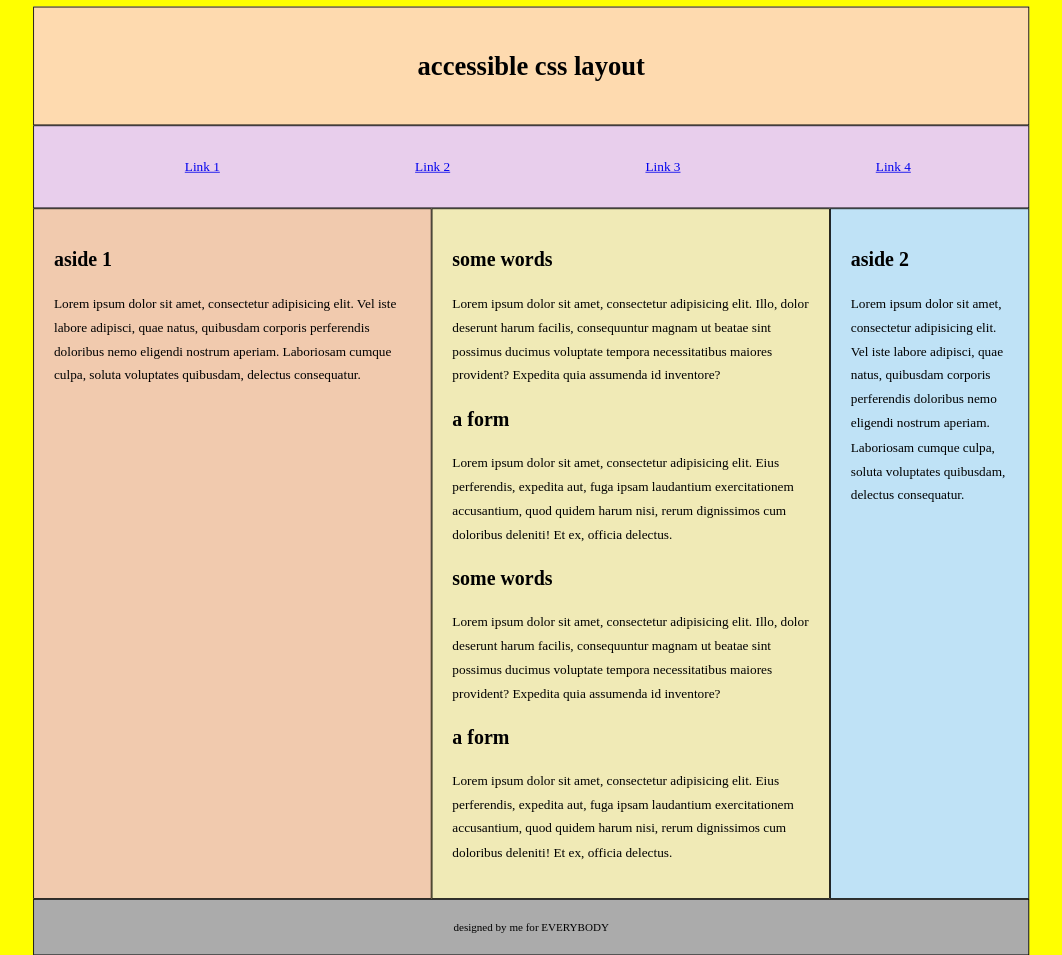
Repository: ethan-schrauf/UniversalDesignWebsite
Page: lab4.html
An editor plug-in stored every save of this project. The page is shown before and after the next save, followed by the edit.
The browser window is 1280 px wide. The pictures show the whole page, at 83% of full size.

Above is the page before, as saved 2023-10-24 21:19:56.

### lab4.html

<!DOCTYPE html>

<html lang="en">
<head>
  <meta charset="UTF-8">
  <meta name="viewport" content="width=device-width, initial-scale=1.0">
  <meta http-equiv="X-UA-Compatible" content="ie=edge">
  <title>Accessible grid</title>
  <link href="lab4.css" rel="stylesheet">
</head>
<body>
<div class="container">
  <header>
    <h1>accessible css layout</h1>
  </header>
  <nav>
    <ul>
      <li><a href="#">Link 1</a></li>
      <li><a href="#">Link 2</a></li>
      <li><a href="#">Link 3</a></li>
      <li><a href="#">Link 4</a></li>
    </ul>
  </nav>
  <main>
    <section>
      <h2>some words</h2>
      <p>Lorem ipsum dolor sit amet, consectetur adipisicing elit. Illo, dolor deserunt harum facilis, consequuntur magnam ut beatae sint possimus ducimus voluptate tempora necessitatibus maiores provident? Expedita quia assumenda id inventore?</p>
      <h2>a form</h2>
      <p>Lorem ipsum dolor sit amet, consectetur adipisicing elit. Eius perferendis, expedita aut, fuga ipsam laudantium exercitationem accusantium, quod quidem harum nisi, rerum dignissimos cum doloribus deleniti! Et ex, officia delectus.</p>
      <h2>some words</h2>
      <p>Lorem ipsum dolor sit amet, consectetur adipisicing elit. Illo, dolor deserunt harum facilis, consequuntur magnam ut beatae sint possimus ducimus voluptate tempora necessitatibus maiores provident? Expedita quia assumenda id inventore?</p>
      <h2>a form</h2>
      <p>Lorem ipsum dolor sit amet, consectetur adipisicing elit. Eius perferendis, expedita aut, fuga ipsam laudantium exercitationem accusantium, quod quidem harum nisi, rerum dignissimos cum doloribus deleniti! Et ex, officia delectus.</p>
    </section>
  </main>
  <aside id="aside1">
    <h2>aside 1</h2>
    <p>Lorem ipsum dolor sit amet, consectetur adipisicing elit. Vel iste labore adipisci, quae natus, quibusdam corporis perferendis doloribus nemo eligendi nostrum aperiam. Laboriosam cumque culpa, soluta voluptates quibusdam, delectus consequatur.</p>
  </aside>
  <aside id="aside2">
    <h2>aside 2</h2>
    <p>Lorem ipsum dolor sit amet, consectetur adipisicing elit. Vel iste labore adipisci, quae natus, quibusdam corporis perferendis doloribus nemo eligendi nostrum aperiam. Laboriosam cumque culpa, soluta voluptates quibusdam, delectus consequatur.</p>
  </aside>
  <footer>
    <small> designed by me for EVERYBODY</small>
  </footer>

</div> <!-- end container -->
</body>
</html>

### lab4.css
body {
    background: yellow;
}

/* css reset */
::before,
::after {
    box-sizing: border-box;
    padding: 0;
    margin: 0;
}

h1,
h2,
h3 {
    padding: .2em 0;
}

p {
    margin: 1.0em 0;
    line-height: 1.8em;
}

header,
nav,
main,
aside,
footer {
    padding: 1.5em;
    border: 1px black solid;
}

header,
footer {
    text-align: center;
}

.container {
    max-width: 1200px;
    margin: 0 auto;
    background: rgb(175, 222, 176);
    display: grid;
    width: 100vw;
    height: 100vh;
    grid-template-columns:
     2fr       2fr       1fr;
    grid-template-areas:
    "heady     heady     heady"
    "navvy     navvy     navvy"
    "aside1    mainy     aside2"
    "aside1    mainy     aside2"
    "aside1    mainy     aside2"
    "footy     footy     footy";
  }

  header {grid-area: heady; background:rgb(254, 218, 175);}
nav {grid-area: navvy; background:rgb(232, 206, 236);}
main {grid-area: mainy; background: rgb(240, 234, 182); max-height: 100%;}
#aside1 {grid-area: aside1; background: rgb(241, 202, 174);}
#aside2 {grid-area: aside2; background: rgb(191, 226, 246);}
footer {grid-area: footy; background: rgb(171, 171, 171);}

nav ul {
    display: flex;
    flex-flow: row nowrap;
    justify-content: space-around;
    }

    nav ul li {
      list-style: none
    }

    @media screen
      and (min-width: 641px)
      and (max-width: 900px)  {
    .container {
    grid-template-columns:
       1fr 1fr;
    grid-template-areas:
      "heady heady"
      "navvy navvy"
      "mainy mainy"
      "aside1 aside2"
      "footy footy";
    }
    }

    @media screen
      and (max-width: 640px)  {
    .container {
    grid-template-columns:
       1fr;
    grid-template-areas:
      "heady"
      "mainy"
      "aside1"
      "aside2"
      "navvy"
      "footy";
    }
    nav ul {
      flex-flow: column nowrap;
      text-align: center;
    }
    nav ul li a {
      display: block;
      padding: 10px 5px;
      margin: 5px;
      border: 1px black solid;
      background: white;

    }
    }

After the next save:
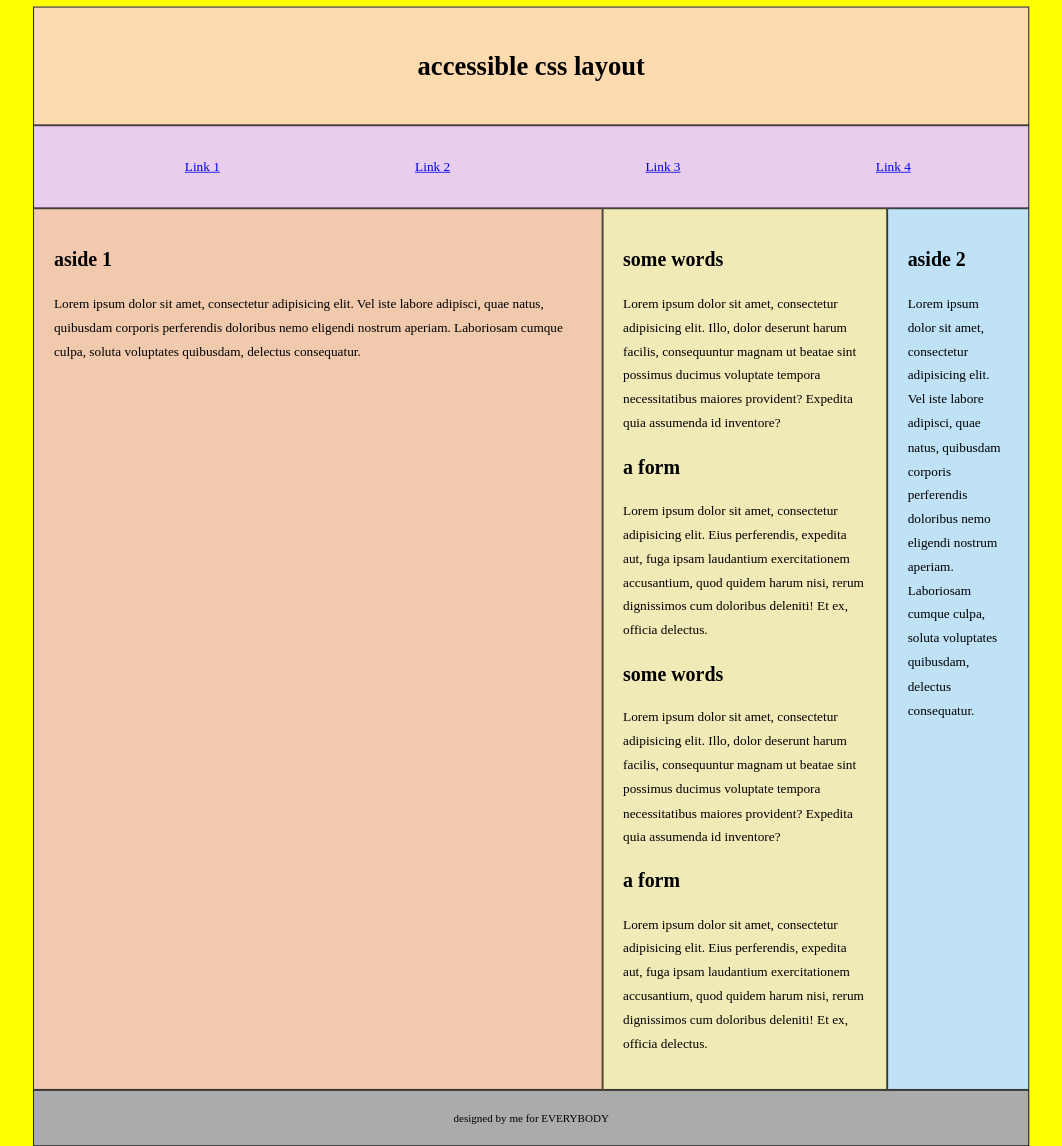
Saved 5 s later.
--- a/lab4.css
+++ b/lab4.css
@@ -43,7 +43,7 @@ footer {
     width: 100vw;
     height: 100vh;
     grid-template-columns:
-     2fr       2fr       1fr;
+     4fr       2fr       1fr;
     grid-template-areas:
     "heady     heady     heady"
     "navvy     navvy     navvy"
